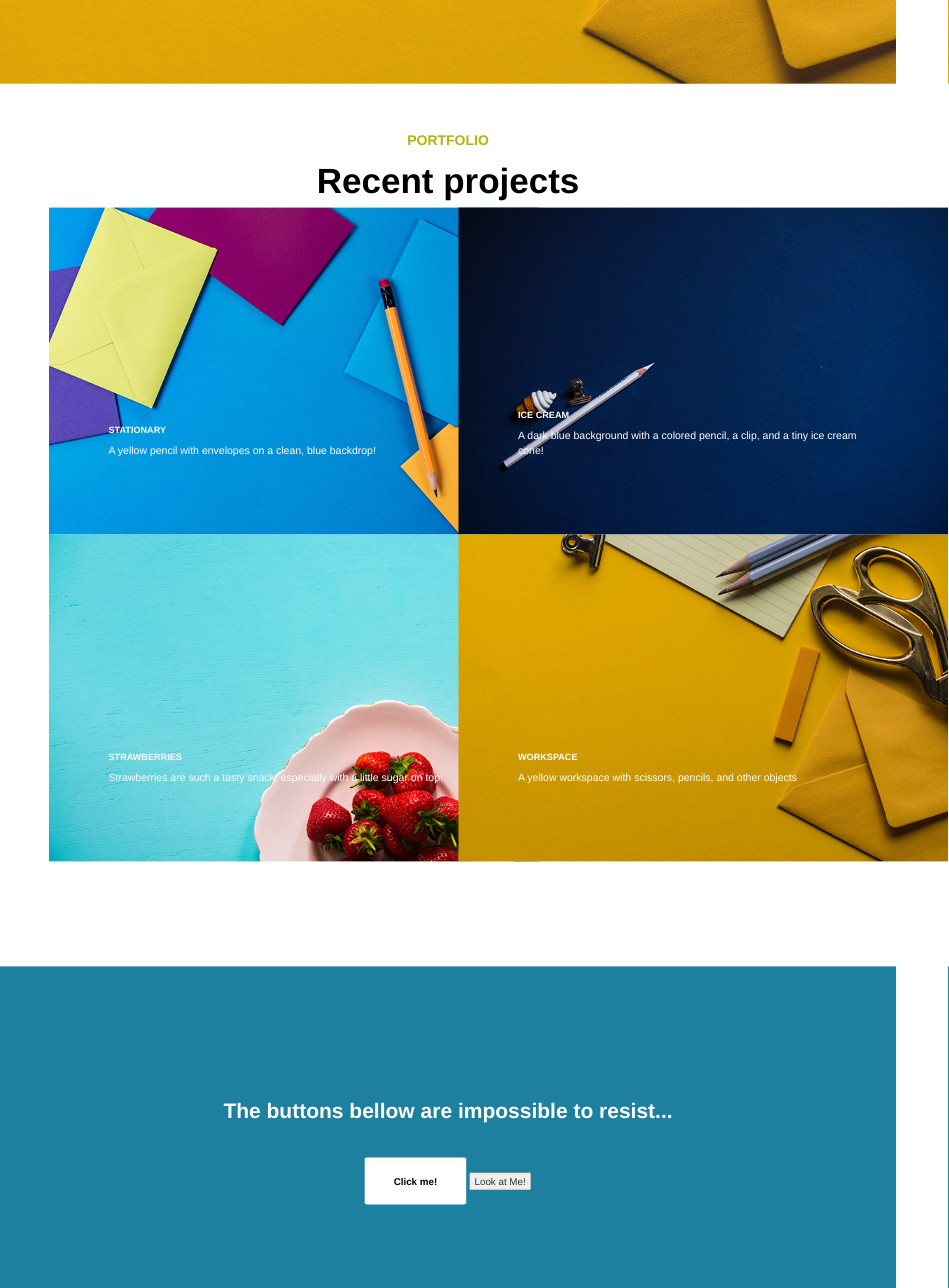
Repository: codin-full-stack/tomasz
Page: http://localhost/tomasz/portfolio/index.php
These files come from the project's save history. The page is drawn as it stood at one moment and after a run of saves; the edit follows.
The browser window is 1280 px wide. The page is 1355 px wide, so the pictures cover 1355 px, including what lies to the right of the window. The pictures show the part of the page from y = 2312 to 4152 px (the page is 4152 px tall), at 70% of full size.
Some web libraries are served in a nearby version. The page is run by PHP 8.4 with error messages shown; the project is at /var/www/html/.

Above is the page before, as saved 2018-10-23 09:31:23.

After the next 3 saves:
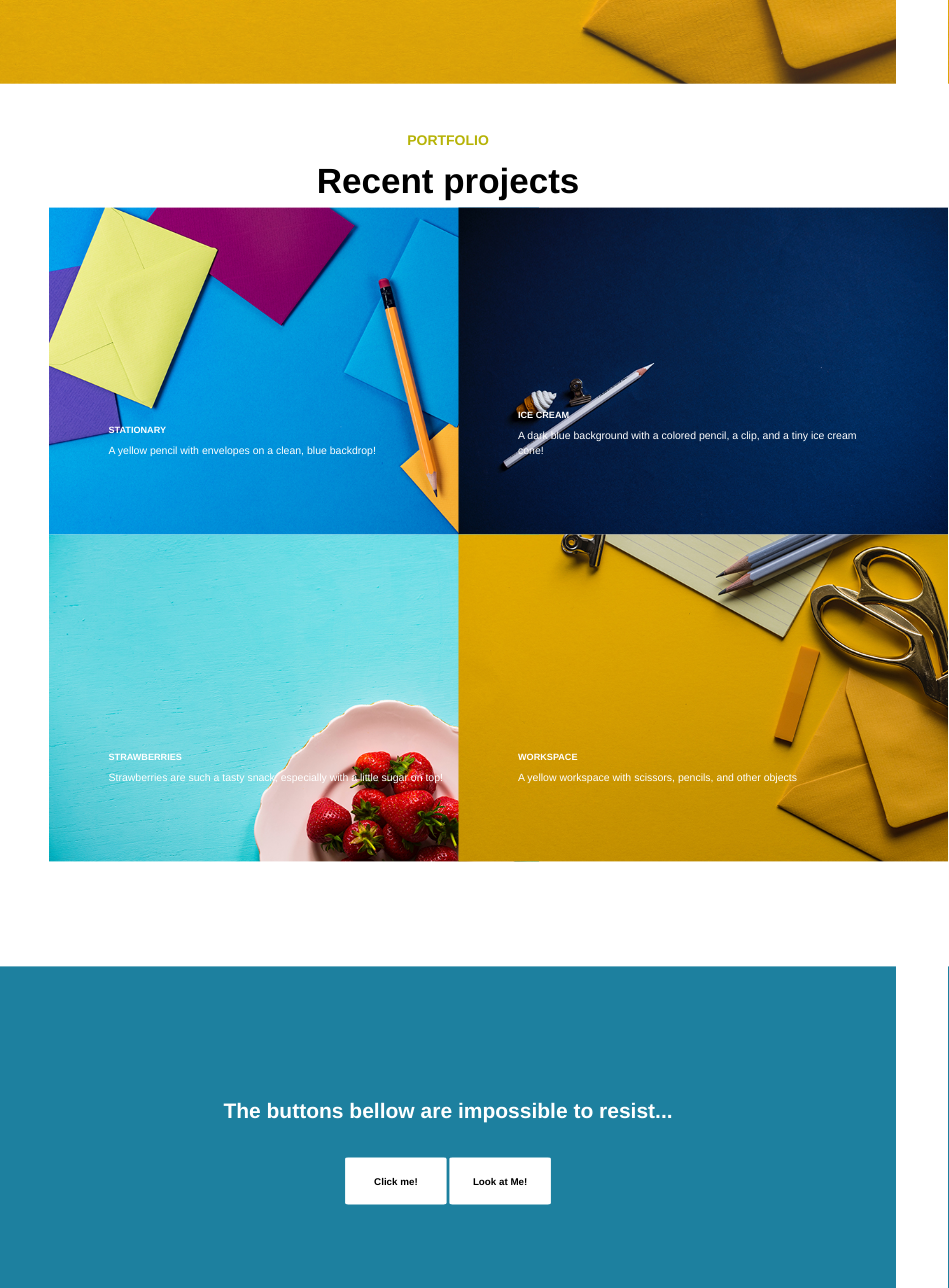
The 3 saves are shown as one change because they came seconds apart.
The last was saved 21 s later.
--- a/portfolio/styles.css
+++ b/portfolio/styles.css
@@ -188,7 +188,17 @@ body {
     color: #000000;
     margin-top: 40px;
     font-weight: bold;
-
+}
+
+.button7-2 {
+    width: 145px;
+    height: 67px;
+    background-color: #ffffff;
+    border: none;
+    border-radius: 3%;
+    color: #000000;
+    margin-top: 40px;
+    font-weight: bold;
 }
 
 .iconframe {
